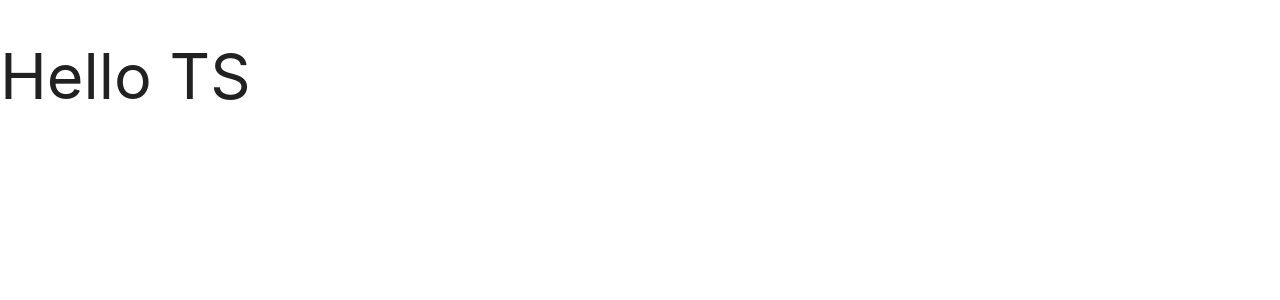
Repository: tsydikov/react_typescript_todo
Page: /about
An editor plug-in stored every save of this project. The page is shown before and after the next save, followed by the edit.
The browser window is 1280 px wide. The pictures show the whole page.
The project was rebuilt for these pictures with package versions that can differ from the ones it lists, and the page was loaded fresh each time.

Above is the page before, as saved 2021-08-11 17:35:15.

### src/App.tsx
import React from 'react';


const App: React.FC = () => {
  return (
   <h1>Hello TS</h1>
  );
}

export default App;

### src/components/Navbar.tsx
import React from 'react'

export const Navbar: React.FC = () => (
    <nav>
    <div className="nav-wrapper">
      <a href="#" className="brand-logo">React + Typescript</a>
      <ul className="right hide-on-med-and-down">
        <li><a href="/">Список дел</a></li>
        <li><a href="/">Информация</a></li>
      </ul>
    </div>
  </nav>
)

Loaded but not shown: public/index.html (common file); src/index.js (common file); src/index.css (common file); src/reportWebVitals.js (common file)

After the next save:
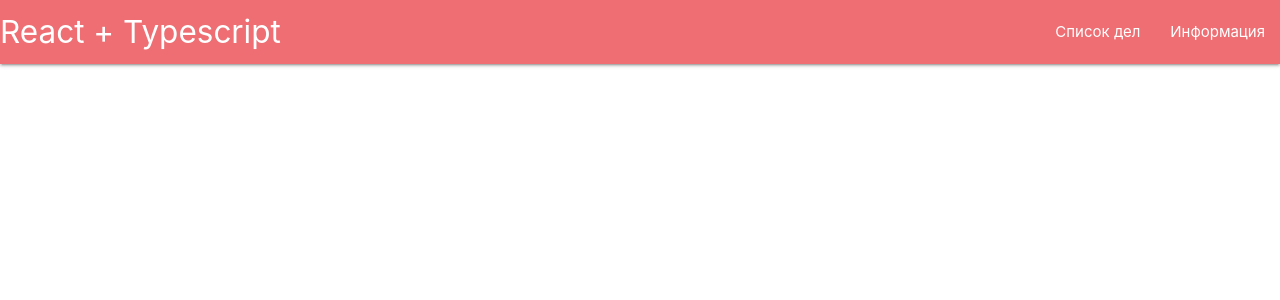
Saved 96 s later.
--- a/src/App.tsx
+++ b/src/App.tsx
@@ -1,10 +1,11 @@
 import React from 'react';
+import { Navbar } from './components/Navbar';
 
 
 const App: React.FC = () => {
-  return (
-   <h1>Hello TS</h1>
-  );
+  return <>
+    <Navbar />
+  </>
 }
 
 export default App;
